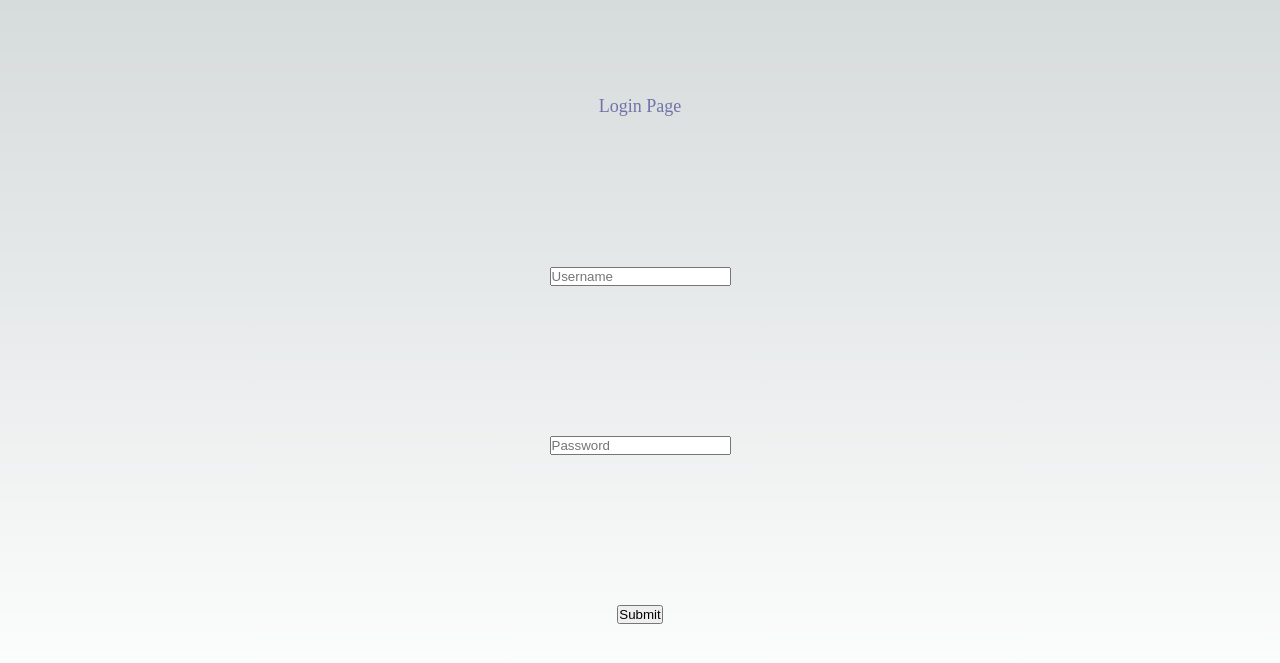
Repository: SaraShio/counter
Page: /
These files come from the project's save history. The page is drawn as it stood at one moment and after the next save; the edit follows.
The browser window is 1280 px wide. The pictures show the whole page.
The project was rebuilt for these pictures with package versions that can differ from the ones it lists, and the page was loaded fresh each time. The framework's server and built-in components were replaced by stand-ins that run in the browser. Also part of the build but not shown: next.config.js.

Above is the page before, as saved 2023-01-15 17:27:30.

### pages/index.js
import Head from 'next/head'
import Image from 'next/image'
import { Inter } from '@next/font/google'
import styles from '../styles/Home.module.css'
import { useEffect, useState } from 'react'
import { useRouter } from 'next/router'


const inter = Inter({ subsets: ['latin'] })

export default function Home() {

  const router = useRouter();

  const [formData, setFormData] = useState({
    firstName: '',
    username: '',
  })

  const CheckLogin = () => {
    console.log(formData.firstName);
    console.log(formData);

    if (formData.username !== null) {
      router.push({
        pathname: './counter',
        query: {
          username: formData.username
        }
      })
    }
  }


  return (
    <>
      <Head>
        <title>Create Next App</title>
        <meta name="description" content="Generated by create next app" />
        <meta name="viewport" content="width=device-width, initial-scale=1" />
        <link rel="icon" href="/favicon.ico" />
      </Head>
      <main className={styles.main}>
        <label>Login Page</label>
        <input
          placeholder='Username'
          type="text"
          id="first"
          name="first"
          pattern="[A-Z]{1}[a-z]{2-10}"
          title="The first letter should be uppercase"
          onChange={(e => setFormData({ ...formData, firstName: e.target.value }))}
        />

        <input
          placeholder='Password'
          type="text"
          id="username"
          name="username"
          required
          minLength="5"
          maxLength="10"
          onChange={(e => setFormData({ ...formData, username: e.target.value }))}

        />


        <button type="submit" onClick={() => CheckLogin()}>Submit</button>

      </main>
    </>
  )
}

### styles/globals.css
:root {
  --max-width: 1100px;
  --border-radius: 12px;
  --font-mono: ui-monospace, Menlo, Monaco, 'Cascadia Mono', 'Segoe UI Mono',
    'Roboto Mono', 'Oxygen Mono', 'Ubuntu Monospace', 'Source Code Pro',
    'Fira Mono', 'Droid Sans Mono', 'Courier New', monospace;

  --foreground-rgb: 0, 0, 0;
  --background-start-rgb: 214, 219, 220;
  --background-end-rgb: 255, 255, 255;

  --medium-purple: #6565a2e3;
  --large-main-font: 40px;


  --primary-glow: conic-gradient(from 180deg at 50% 50%,
      #16abff33 0deg,
      #0885ff33 55deg,
      #54d6ff33 120deg,
      #0071ff33 160deg,
      transparent 360deg);
  --secondary-glow: radial-gradient(rgba(255, 255, 255, 1),
      rgba(255, 255, 255, 0));

  --tile-start-rgb: 239, 245, 249;
  --tile-end-rgb: 228, 232, 233;
  --tile-border: conic-gradient(#00000080,
      #00000040,
      #00000030,
      #00000020,
      #00000010,
      #00000010,
      #00000080);

  --callout-rgb: 238, 240, 241;
  --callout-border-rgb: 172, 175, 176;
  --card-rgb: 180, 185, 188;
  --card-border-rgb: 131, 134, 135;
}

@media (prefers-color-scheme: dark) {
  :root {
    --foreground-rgb: 255, 255, 255;
    --background-start-rgb: 0, 0, 0;
    --background-end-rgb: 0, 0, 0;

    --primary-glow: radial-gradient(rgba(1, 65, 255, 0.4), rgba(1, 65, 255, 0));
    --secondary-glow: linear-gradient(to bottom right,
        rgba(1, 65, 255, 0),
        rgba(1, 65, 255, 0),
        rgba(1, 65, 255, 0.3));

    --tile-start-rgb: 2, 13, 46;
    --tile-end-rgb: 2, 5, 19;
    --tile-border: conic-gradient(#ffffff80,
        #ffffff40,
        #ffffff30,
        #ffffff20,
        #ffffff10,
        #ffffff10,
        #ffffff80);

    --callout-rgb: 20, 20, 20;
    --callout-border-rgb: 108, 108, 108;
    --card-rgb: 100, 100, 100;
    --card-border-rgb: 200, 200, 200;
  }
}

* {
  box-sizing: border-box;
  padding: 0;
  margin: 0;
}

html,
body {
  max-width: 100vw;
  overflow-x: hidden;
}

body {
  color: rgb(var(--foreground-rgb));
  background: linear-gradient(to bottom,
      transparent,
      rgb(var(--background-end-rgb))) rgb(var(--background-start-rgb));
}

a {
  color: inherit;
  text-decoration: none;
}

@media (prefers-color-scheme: dark) {
  html {
    color-scheme: dark;
  }
}

### styles/Home.module.css
.main {
  display: flex;
  flex-direction: column;
  justify-content: space-between;
  align-items: center;
  padding: 6rem;
  min-height: 100vh;
  color: var(--medium-purple);
  font-size: large;
}

.description {
  display: inherit;
  justify-content: inherit;
  align-items: inherit;
  font-size: 0.85rem;
  max-width: var(--max-width);
  width: 100%;
  z-index: 2;
  font-family: var(--font-mono);
}

.description a {
  display: flex;
  justify-content: center;
  align-items: center;
  gap: 0.5rem;
}

.description p {
  position: relative;
  margin: 0;
  padding: 1rem;
  background-color: rgba(var(--callout-rgb), 0.5);
  border: 1px solid rgba(var(--callout-border-rgb), 0.3);
  border-radius: var(--border-radius);
}

.code {
  font-weight: 700;
  font-family: var(--font-mono);
}

.grid {
  display: grid;
  grid-template-columns: repeat(4, minmax(25%, auto));
  width: var(--max-width);
  max-width: 100%;
}

.card {
  padding: 1rem 1.2rem;
  border-radius: var(--border-radius);
  background: rgba(var(--card-rgb), 0);
  border: 1px solid rgba(var(--card-border-rgb), 0);
  transition: background 200ms, border 200ms;
}

.card span {
  display: inline-block;
  transition: transform 200ms;
}

.card h2 {
  font-weight: 600;
  margin-bottom: 0.7rem;
}

.card p {
  margin: 0;
  opacity: 0.6;
  font-size: 0.9rem;
  line-height: 1.5;
  max-width: 30ch;
}

.center {
  display: flex;
  justify-content: center;
  align-items: center;
  position: relative;
  padding: 4rem 0;
}

.center::before {
  background: var(--secondary-glow);
  border-radius: 50%;
  width: 480px;
  height: 360px;
  margin-left: -400px;
}

.center::after {
  background: var(--primary-glow);
  width: 240px;
  height: 180px;
  z-index: -1;
}

.center::before,
.center::after {
  content: '';
  left: 50%;
  position: absolute;
  filter: blur(45px);
  transform: translateZ(0);
}

.logo,
.thirteen {
  position: relative;
}

.thirteen {
  display: flex;
  justify-content: center;
  align-items: center;
  width: 75px;
  height: 75px;
  padding: 25px 10px;
  margin-left: 16px;
  transform: translateZ(0);
  border-radius: var(--border-radius);
  overflow: hidden;
  box-shadow: 0px 2px 8px -1px #0000001a;
}

.thirteen::before,
.thirteen::after {
  content: '';
  position: absolute;
  z-index: -1;
}

/* Conic Gradient Animation */
.thirteen::before {
  animation: 6s rotate linear infinite;
  width: 200%;
  height: 200%;
  background: var(--tile-border);
}

/* Inner Square */
.thirteen::after {
  inset: 0;
  padding: 1px;
  border-radius: var(--border-radius);
  background: linear-gradient(to bottom right,
      rgba(var(--tile-start-rgb), 1),
      rgba(var(--tile-end-rgb), 1));
  background-clip: content-box;
}

/* Enable hover only on non-touch devices */
@media (hover: hover) and (pointer: fine) {
  .card:hover {
    background: rgba(var(--card-rgb), 0.1);
    border: 1px solid rgba(var(--card-border-rgb), 0.15);
  }

  .card:hover span {
    transform: translateX(4px);
  }
}

@media (prefers-reduced-motion) {
  .thirteen::before {
    animation: none;
  }

  .card:hover span {
    transform: none;
  }
}

/* Mobile */
@media (max-width: 700px) {
  .content {
    padding: 4rem;
  }

  .grid {
    grid-template-columns: 1fr;
    margin-bottom: 120px;
    max-width: 320px;
    text-align: center;
  }

  .card {
    padding: 1rem 2.5rem;
  }

  .card h2 {
    margin-bottom: 0.5rem;
  }

  .center {
    padding: 8rem 0 6rem;
  }

  .center::before {
    transform: none;
    height: 300px;
  }

  .description {
    font-size: 0.8rem;
  }

  .description a {
    padding: 1rem;
  }

  .description p,
  .description div {
    display: flex;
    justify-content: center;
    position: fixed;
    width: 100%;
  }

  .description p {
    align-items: center;
    inset: 0 0 auto;
    padding: 2rem 1rem 1.4rem;
    border-radius: 0;
    border: none;
    border-bottom: 1px solid rgba(var(--callout-border-rgb), 0.25);
    background: linear-gradient(to bottom,
        rgba(var(--background-start-rgb), 1),
        rgba(var(--callout-rgb), 0.5));
    background-clip: padding-box;
    backdrop-filter: blur(24px);
  }

  .description div {
    align-items: flex-end;
    pointer-events: none;
    inset: auto 0 0;
    padding: 2rem;
    height: 200px;
    background: linear-gradient(to bottom,
        transparent 0%,
        rgb(var(--background-end-rgb)) 40%);
    z-index: 1;
  }
}

/* Tablet and Smaller Desktop */
@media (min-width: 701px) and (max-width: 1120px) {
  .grid {
    grid-template-columns: repeat(2, 50%);
  }
}

@media (prefers-color-scheme: dark) {
  .vercelLogo {
    filter: invert(1);
  }

  .logo,
  .thirteen img {
    filter: invert(1) drop-shadow(0 0 0.3rem #ffffff70);
  }
}

@keyframes rotate {
  from {
    transform: rotate(360deg);
  }

  to {
    transform: rotate(0deg);
  }
}

Loaded but not shown: pages/_app.js (common file); pages/_document.js (common file)

After the next save:
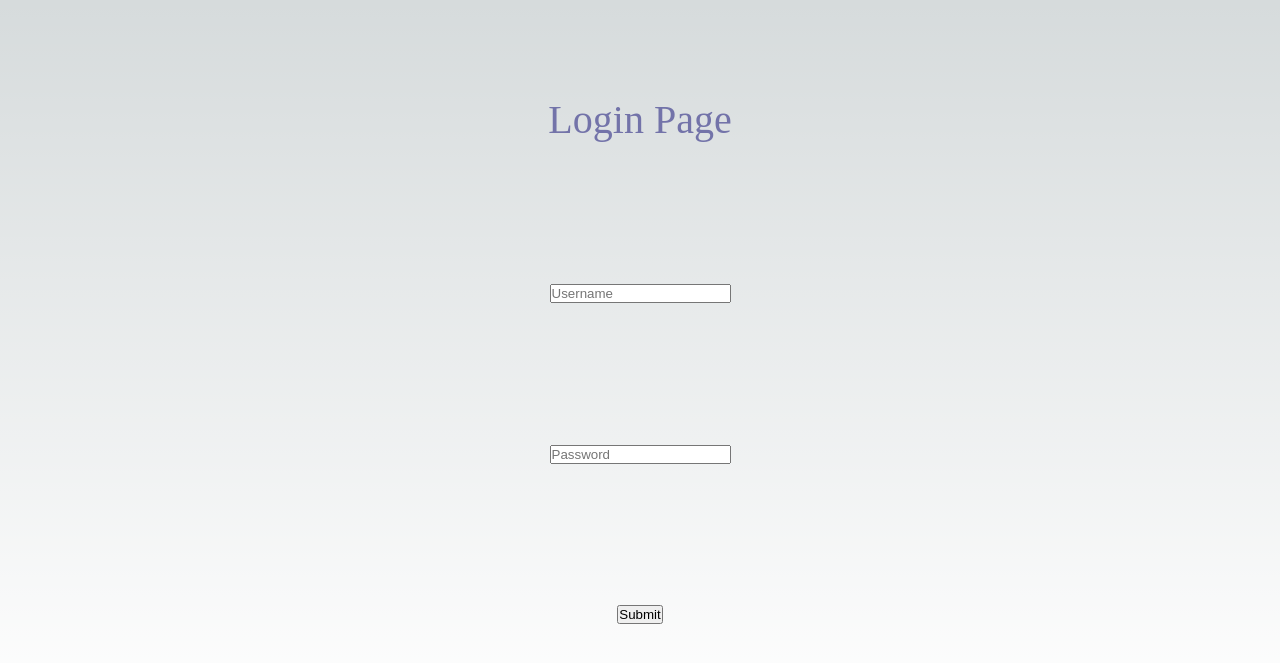
Saved 4 s later.
--- a/styles/Home.module.css
+++ b/styles/Home.module.css
@@ -6,7 +6,7 @@
   padding: 6rem;
   min-height: 100vh;
   color: var(--medium-purple);
-  font-size: large;
+  font-size: var(--large-main-font);
 }
 
 .description {
